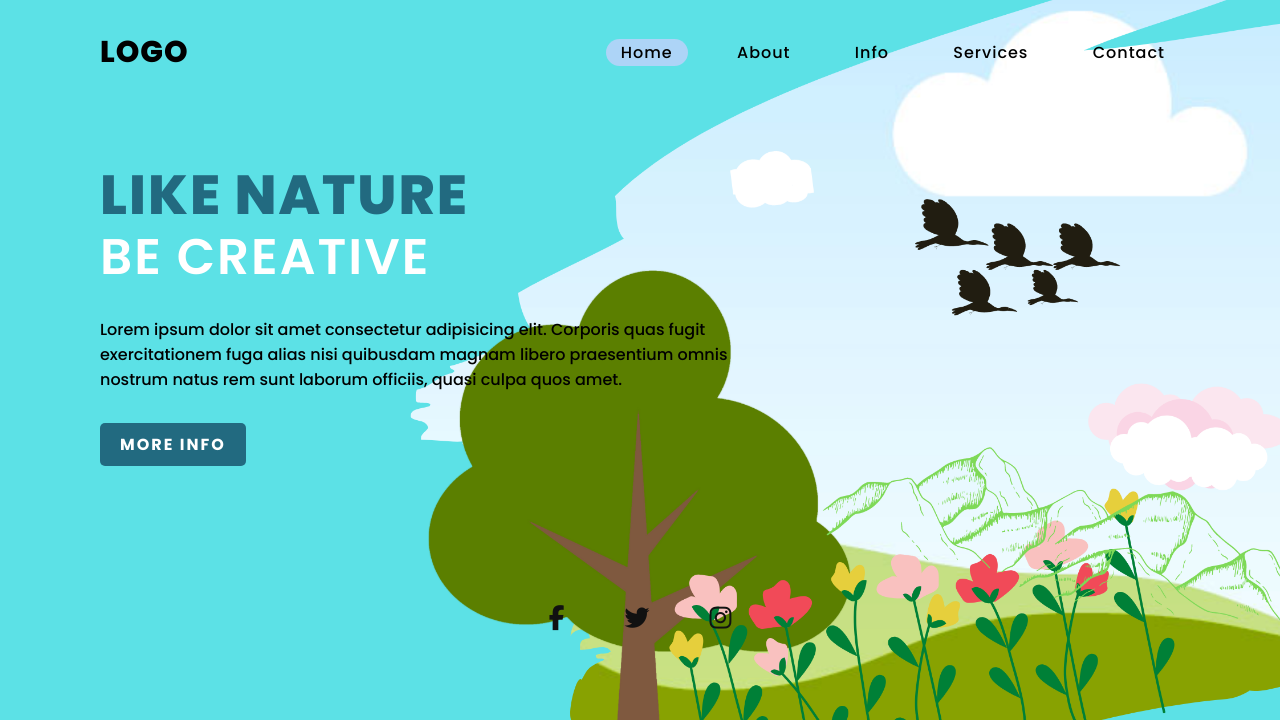
Repository: nganha241/CreativeNature
Page: index.html
An editor plug-in stored every save of this project. The page is shown before and after the next save, followed by the edit.
The browser window is 1280 px wide. The pictures show the whole page.
The pointer rests on the first visible `header .navigation a`.
Some web libraries are served in a nearby version.

Above is the page before, as saved 2022-06-18 09:03:21.

### index.html
<!DOCTYPE html>
<html lang="en">
  <head>
    <meta charset="UTF-8" />
    <meta http-equiv="X-UA-Compatible" content="IE=edge" />
    <meta name="viewport" content="width=device-width, initial-scale=1.0" />
    <title>Creative Nature</title>
    <link rel="stylesheet" href="style.css" />
    <script
      src="https://kit.fontawesome.com/ae971d7ee0.js"
      crossorigin="anonymous"
    ></script>
  </head>
  <body>
    <section>
      <header>
        <h2><a href="#" class="logo">Logo</a></h2>
        <div class="navigation">
          <a href="#">Home</a>
          <a href="#">About</a>
          <a href="#">Info</a>
          <a href="#">Services</a>
          <a href="#">Contact</a>
        </div>
      </header>
      <div class="content">
        <div class="info">
          <h2>Like Nature <br /><span>Be Creative</span></h2>
          <p>
            Lorem ipsum dolor sit amet consectetur adipisicing elit. Corporis
            quas fugit exercitationem fuga alias nisi quibusdam magnam libero
            praesentium omnis nostrum natus rem sunt laborum officiis, quasi
            culpa quos amet.
          </p>
          <a href="#" class="info-btn">More Info</a>
        </div>
      </div>
      <div class="media-icons">
        <a href="#"><i class="fa fa-facebook"></i></a>
        <a href="#"><i class="fa fa-twitter"></i></a>
        <a href="#"><i class="fa fa-instagram" aria-hidden="true"></i></a>
      </div>
    </section>
  </body>
</html>

### style.css
@import url('https://fonts.googleapis.com/css2?family=Poppins:wght@300;400;500;600;700;800;900&display=swap');

* {
    box-sizing: border-box;
    padding: 0;
    margin: 0;
    font-family: 'Poppins', sans-serif;
}

a {
    text-decoration: none;
}

section {
    position: relative;
    width: 100%;
    min-height: 100vh;
    display: flex;
    flex-direction: column;
    justify-content: flex-start;
    background: url("./bg.png");
    background-size: cover;
    background-position: center;
}

header {
    position: relative;
    top: 0;
    width: 100%;
    padding: 30px 100px;
    display: flex;
    justify-content: space-between;
    align-items: center;
}

header .logo {
    position: relative;
    color: #000;
    font-size: 30px;
    text-transform: uppercase;
    font-weight: 800;
    letter-spacing: 1px;
}

header .navigation a{
    color: #000;
    background: none;
    font-weight: 500;
    letter-spacing: 1px;
    padding: 2px 15px;
    border-radius: 20px;
    transition: 0.3ms;
    transition-property: background;
}

header .navigation a:not(:last-child) {
    margin-right: 30px;
}

header .navigation a:hover {
    background: #ADD4F7;
}

.content {
    max-width: 650px;
    margin: 60px 100px;
}

.content .info h2 {
    color: #226a80;
    font-size: 55px;
    text-transform: uppercase;
    font-weight: 800;
    letter-spacing: 2px;
    line-height: 60px;
    margin-bottom: 30px;
}

.content .info h2 span {
    color: #fff;
    font-size: 50px;
    font-weight: 600;
}

.content .info p {
    font-size: 16px;
    font-weight: 500;
    margin-bottom: 40px;
}

.content .info-btn {
    color: #fff;
    background: #226a80;
    text-transform: uppercase;
    font-weight: 700;
    letter-spacing: 2px;
    padding: 10px 20px;
    border-radius: 5px;
    transition: 0.3s;
    transition-property: background;
}

.content .info-btn:hover {
    background: #0c4f60;
}

.media-icons {
    display: flex;
    justify-content: center;
    align-items: center;
    margin: auto;
}

.media-icons a {
    position: relative;
    color: #111;
    font-size: 25px;
    transition: 0.3s;
    transition-property: transform;
}

.media-icons a:not(:last-child) {
    margin-right: 60px;
}

.media-icons a:hover {
    transform: scale(1.5);
}

After the next save:
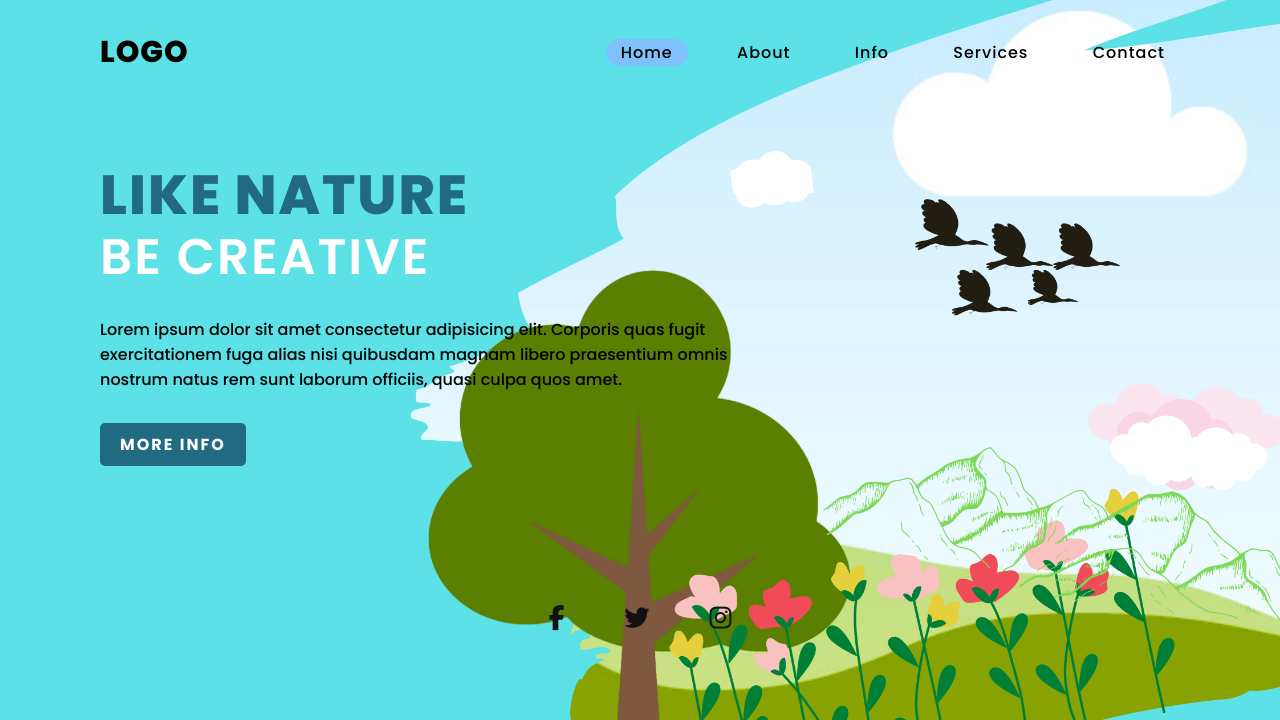
Saved 18 s later.
--- a/style.css
+++ b/style.css
@@ -58,7 +58,7 @@ header .navigation a:not(:last-child) {
 }
 
 header .navigation a:hover {
-    background: #ADD4F7;
+    background: #7EC1FC;
 }
 
 .content {
